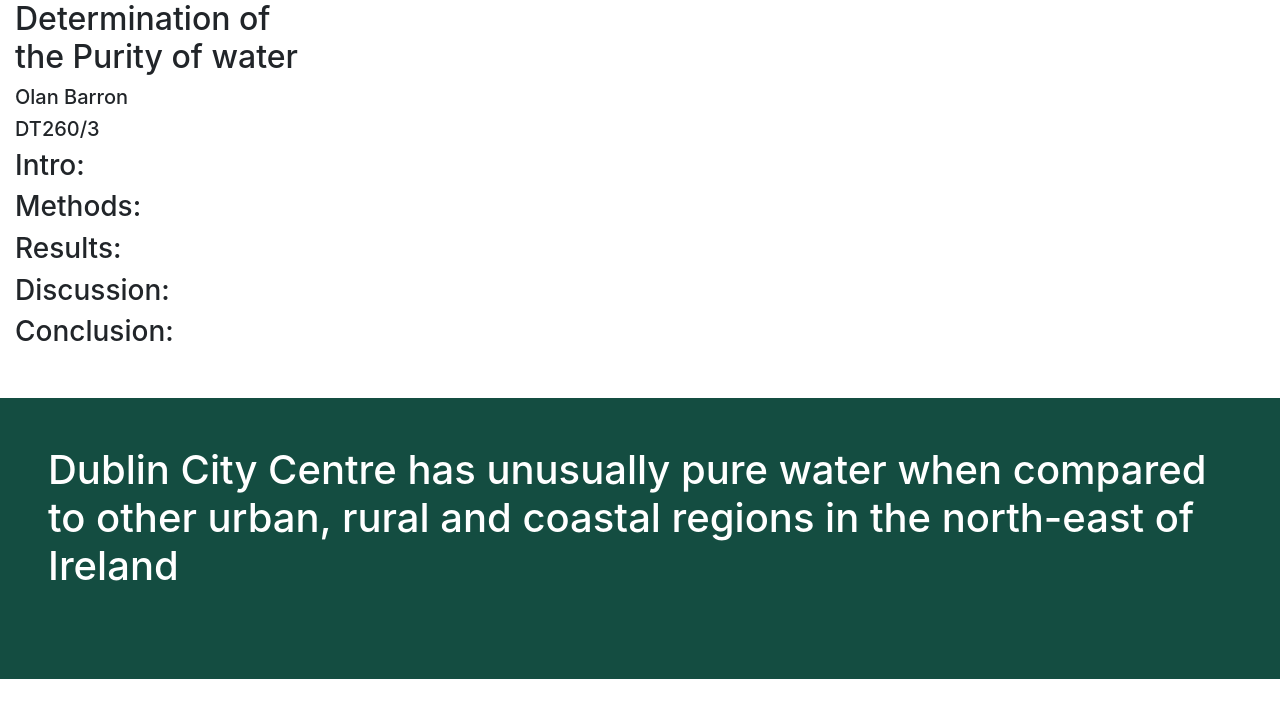
Repository: Olan1/project_poster
Page: index.html
The author's editor kept a record of every edit. The page is drawn from the files as they stood at one moment, then again after the next edit.
The browser window is 1280 px wide. The pictures show the whole page.

Above is the page before.

### index.html
<!DOCTYPE html>
<html lang="en">

<head>
    <meta charset="UTF-8">
    <meta name="viewport" content="width=device-width, initial-scale=1.0">
    <meta http-equiv="X-UA-Compatible" content="ie=edge">

    <!-- Bootstrap -->
    <link rel="stylesheet" href="https://stackpath.bootstrapcdn.com/bootstrap/4.4.1/css/bootstrap.min.css" integrity="sha384-Vkoo8x4CGsO3+Hhxv8T/Q5PaXtkKtu6ug5TOeNV6gBiFeWPGFN9MuhOf23Q9Ifjh" crossorigin="anonymous">

    <!-- Local CSS -->
    <link rel="stylesheet" href="static/style.css" type="text/css" />

    <title>Purity of Water</title>
</head>

<body>
    <div class="container-fluid">
        <div class="row">
            <div class="col-sm-3">
                <h2>Determination of the Purity of water</h2>
                <h5>Olan Barron</h5>
                <h5>DT260/3</h5>

                <h3>Intro:</h3>
                <h3>Methods:</h3>
                <h3>Results:</h3>
                <h3>Discussion:</h3>
                <h3>Conclusion:</h3>
            </div>
            <div class="col-m-6 bg-green p-0">
                <h1 class="white-text center-text center-align m-5">Dublin City Centre has unusually pure water when compared to other urban, rural and coastal regions in the north-east of Ireland</h1>
            </div>
            <div class="col-m-3">

            </div>
        </div>
    </div>


    <script src="https://cdnjs.cloudflare.com/ajax/libs/jquery/3.5.0/jquery.min.js"></script>
    <script src="https://cdn.jsdelivr.net/npm/popper.js@1.16.0/dist/umd/popper.min.js" integrity="sha384-Q6E9RHvbIyZFJoft+2mJbHaEWldlvI9IOYy5n3zV9zzTtmI3UksdQRVvoxMfooAo" crossorigin="anonymous"></script>
    <script src="https://stackpath.bootstrapcdn.com/bootstrap/4.4.1/js/bootstrap.min.js" integrity="sha384-wfSDF2E50Y2D1uUdj0O3uMBJnjuUD4Ih7YwaYd1iqfktj0Uod8GCExl3Og8ifwB6" crossorigin="anonymous"></script>
</body>

</html>

### assets/css/style.css
body,
.container-fluid,
.row {
    height: 100vh;
}

.bg-green {
    background-color: #144D41;
}

.white-text {
    color: #ffffff;
}

.justify {
    text-align: justify;
}

After the next edit:
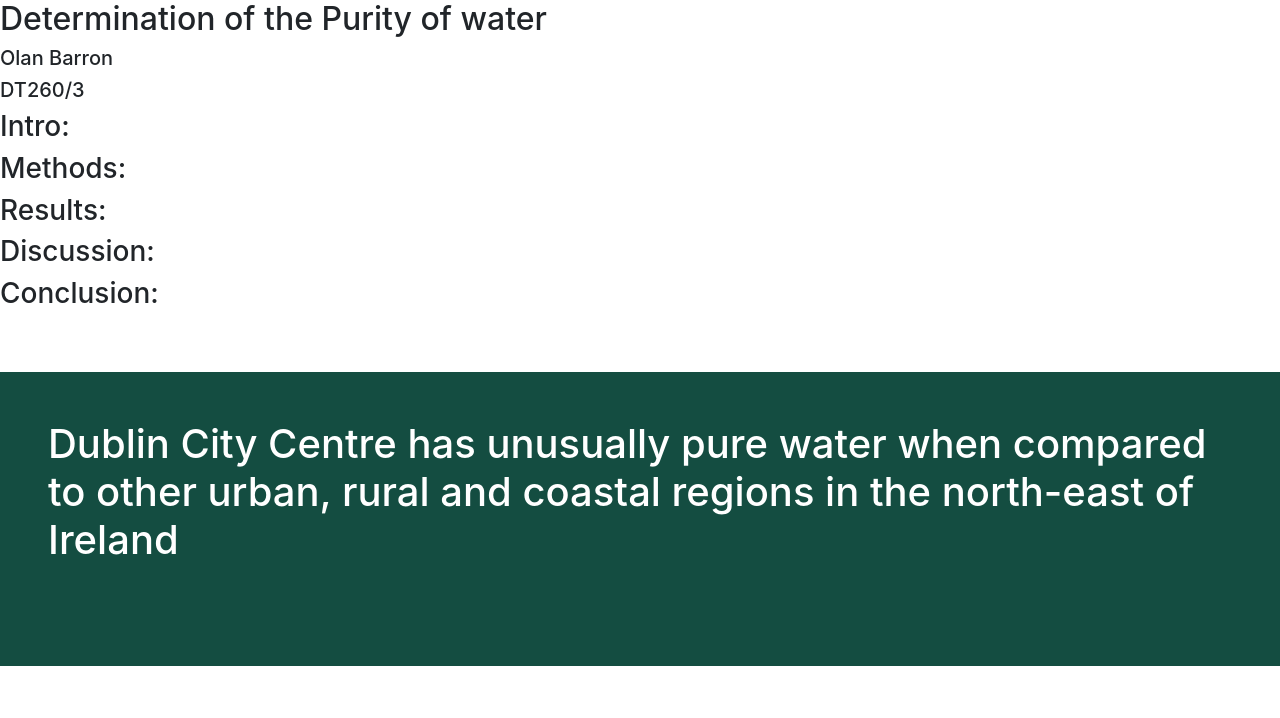
The edit:
--- a/index.html
+++ b/index.html
@@ -18,7 +18,7 @@
 <body>
     <div class="container-fluid">
         <div class="row">
-            <div class="col-sm-3">
+            <div class="col-m-3">
                 <h2>Determination of the Purity of water</h2>
                 <h5>Olan Barron</h5>
                 <h5>DT260/3</h5>
